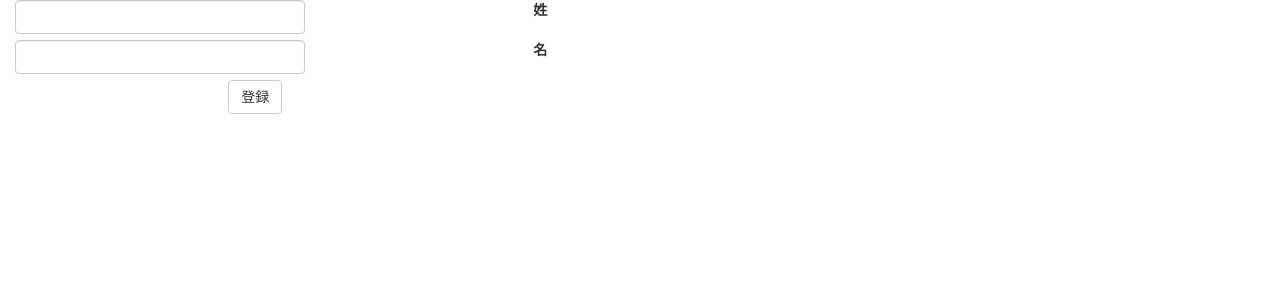
Repository: erinakatagiri/gomi
Page: bootstrap_lesson.html
The author's editor kept a record of every edit. The page is drawn from the files as they stood at one moment, then again after the next edit.
The browser window is 1280 px wide. The pictures show the whole page.

Above is the page before.

### bootstrap_lesson.html
<!DOCTYPE html>
<html>
    <head>
        <meta charset="utf-8">
        <meta http-equiv="X-UA-Compatible" content="IE=edge">
        <meta name="viewport" content="width=device-width, initial-scale=1">

        <title>Grid System Test</title>

        <!-- Bootstrap CSS-->
        <link rel="stylesheet" href="https://maxcdn.bootstrapcdn.com/bootstrap/3.3.7/css/bootstrap.min.css">
        <!-- jQuery -->
        <script src="https://ajax.googleapis.com/ajax/libs/jquery/1.12.4/jquery.min.js"></script>
        <!-- Bootstrap JavaScript-->
        <script src="https://maxcdn.bootstrapcdn.com/bootstrap/3.3.7/js/bootstrap.min.js"></script>

        <style>
            .row div {
                border: 1px solid #000;
                padding: 1em;
                text-align: center;
                background-color: #dedede;
            }

        </style>

    </head>
    <body>
       <form class=horizontal>
  <!-- "form-group" expresses a row -->
  <div class="form-group">
    <label class="col-xs-offset-2 control-label">姓</label>
    <div class="col-xs-3">
      <input type="text" class="form-control"  name="lastname">
    </div>
  </div>

  <!-- row -->
  <div class="form-group">
    <label class="col-xs-offset-2 control-label">名</label>
    <div class="col-xs-3">
      <input type="text" class="form-control"  name="
      firstname">
    </div>
  </div>

  <!-- row -->
  <div class="form-group">
    <div class="col-xs-offset-2 col-sm-10">
      <button type="submit" class="btn btn-default">登録</button>
    </div>
  </div>
</form>
    </div>
        </div>
    </body>
</html>

After the next edit:
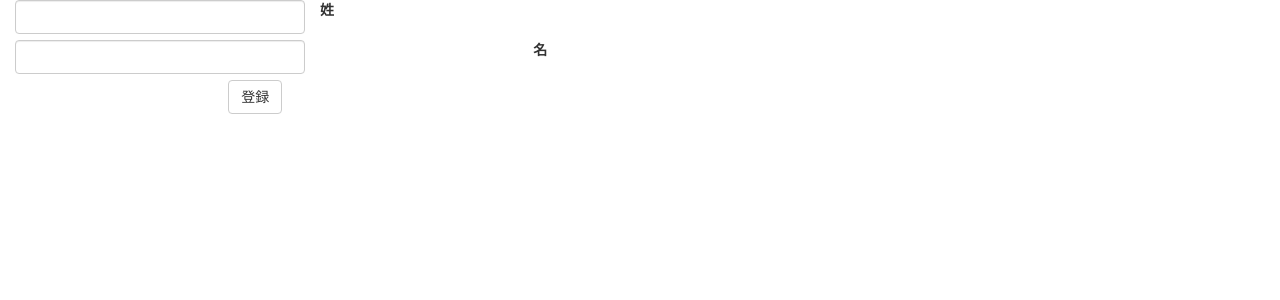
The edit:
--- a/bootstrap_lesson.html
+++ b/bootstrap_lesson.html
@@ -29,7 +29,7 @@
        <form class=horizontal>
   <!-- "form-group" expresses a row -->
   <div class="form-group">
-    <label class="col-xs-offset-2 control-label">姓</label>
+    <label class="col-2 control-label">姓</label>
     <div class="col-xs-3">
       <input type="text" class="form-control"  name="lastname">
     </div>
